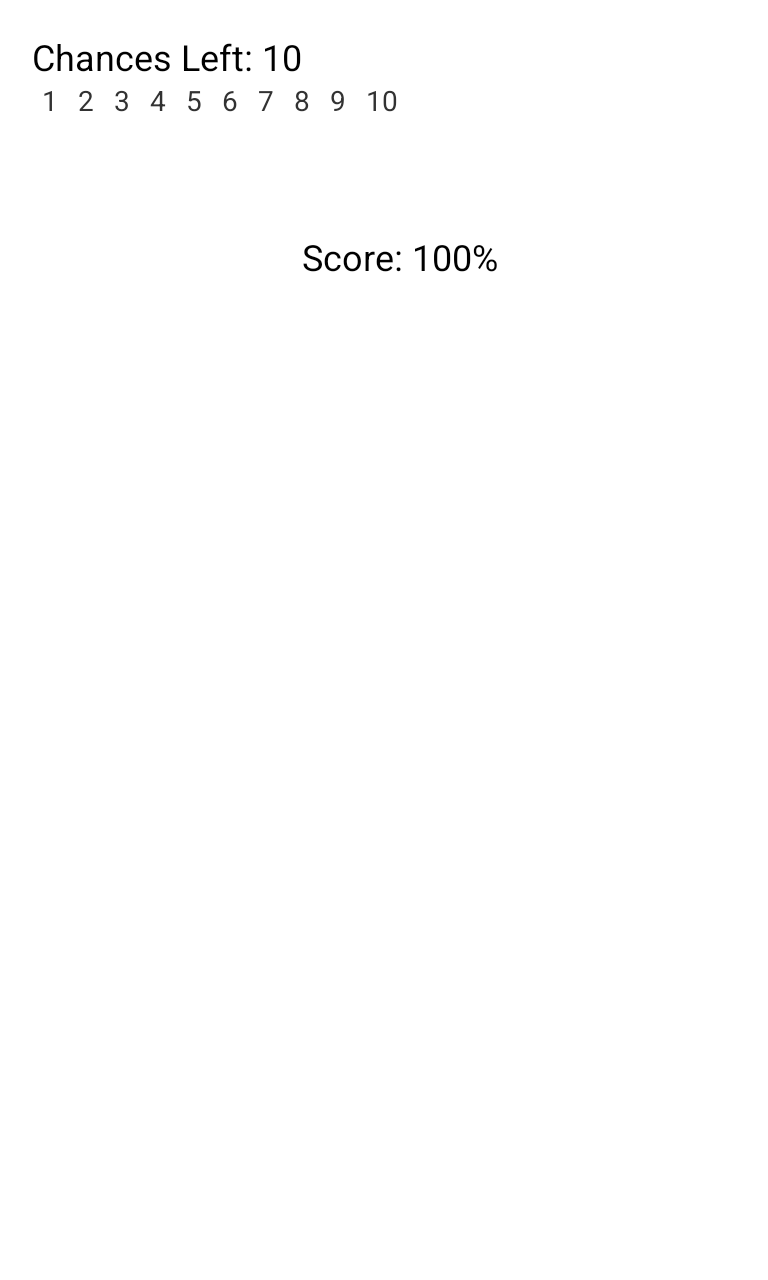
Repository: lethe13/AndroidProgramming
Layout: COMP304-Group1-MicroProject5/res/layout/activity_graphical_guessing_game.xml
The author's editor kept a copy of each file at every save. The layout is drawn from the files as they stood at one save, then again after a run of saves.
It is drawn on a 768 x 1280 px phone screen (xhdpi) without system bars, with theme AppTheme; the app's code is not run.

Above is the layout before, as saved 2015-11-16 21:09:54.

### COMP304-Group1-MicroProject5/res/layout/activity_graphical_guessing_game.xml
<RelativeLayout xmlns:android="http://schemas.android.com/apk/res/android"
    xmlns:tools="http://schemas.android.com/tools"
    android:layout_width="match_parent"
    android:layout_height="match_parent"
    android:paddingBottom="@dimen/activity_vertical_margin"
    android:paddingLeft="@dimen/activity_horizontal_margin"
    android:paddingRight="@dimen/activity_horizontal_margin"
    android:paddingTop="@dimen/activity_vertical_margin"
    tools:context="com.example.comp304_group1_microproject5.GraphicalGuessingGame" >



<!--
    <TextView
        android:id="@+id/lblInput"
        android:layout_width="wrap_content"
        android:layout_height="wrap_content"
        android:layout_marginTop="10dp"
        android:layout_below="@+id/lblChance"
        android:text="Guess a number between 0 and 100!"
        android:textAppearance="?android:attr/textAppearanceMedium" />

    <EditText
        android:id="@+id/txtInput"
        android:layout_width="wrap_content"
        android:layout_height="wrap_content"
        android:layout_below="@+id/lblInput"
        android:inputType="number"
        android:ems="10" >

        <requestFocus />
    </EditText>

   <Button
        android:id="@+id/btnGo"
        android:layout_width="wrap_content"
        android:layout_height="wrap_content"
        android:layout_centerHorizontal="true"
        android:layout_below="@+id/txtInput"
        android:text="Guess" />

    <TextView
       android:id="@+id/lblMessage"
       android:layout_width="wrap_content"
       android:layout_height="wrap_content"
       android:layout_marginTop="10dp"
       android:layout_below="@+id/btnGo"
       android:text="" />

 -->

	<TextView
        android:id="@+id/lblChance"
        android:layout_width="wrap_content"
        android:layout_height="wrap_content"
        android:text="Chances Left: 10"
        android:textAppearance="?android:attr/textAppearanceMedium" />

	<TextView
        android:id="@+id/lblScore"
        android:layout_width="wrap_content"
        android:layout_height="wrap_content"
        android:layout_marginTop="100dp"
        android:layout_toRightOf="@+id/lblChance"
        android:text="Score: 100%"
        android:textAppearance="?android:attr/textAppearanceMedium" />

    <TableLayout
        android:id="@+id/tblGame"
        android:layout_width="wrap_content"
        android:layout_height="wrap_content"
        android:layout_centerVertical="true"
        android:layout_below="@+id/lblChance" >



        <TableRow
            android:id="@+id/tableRow1"
            android:layout_width="wrap_content"
            android:layout_height="wrap_content" >

            <TextView android:id="@+id/tv1"
		       android:layout_width="wrap_content"
		       android:layout_height="wrap_content"
		       android:paddingLeft="5dp"
		       android:paddingRight="5dp"
		       android:text="1" />

            <TextView android:id="@+id/tv2"
		       android:layout_width="wrap_content"
		       android:layout_height="wrap_content"
		       android:paddingLeft="5dp"
		       android:paddingRight="5dp"
		       android:text="2" />

            <TextView android:id="@+id/tv3"
		       android:layout_width="wrap_content"
		       android:layout_height="wrap_content"
		       android:paddingLeft="5dp"
		       android:paddingRight="5dp"
		       android:text="3" />

            <TextView android:id="@+id/tv4"
		       android:layout_width="wrap_content"
		       android:layout_height="wrap_content"
		       android:paddingLeft="5dp"
		       android:paddingRight="5dp"
		       android:text="4" />

            <TextView android:id="@+id/tv5"
		       android:layout_width="wrap_content"
		       android:layout_height="wrap_content"
		       android:paddingLeft="5dp"
		       android:paddingRight="5dp"
		       android:text="5" />

            <TextView android:id="@+id/tv6"
		       android:layout_width="wrap_content"
		       android:layout_height="wrap_content"
		       android:paddingLeft="5dp"
		       android:paddingRight="5dp"
		       android:text="6" />

            <TextView android:id="@+id/tv7"
		       android:layout_width="wrap_content"
		       android:layout_height="wrap_content"
		       android:paddingLeft="5dp"
		       android:paddingRight="5dp"
		       android:text="7" />

            <TextView android:id="@+id/tv8"
		       android:layout_width="wrap_content"
		       android:layout_height="wrap_content"
		       android:paddingLeft="5dp"
		       android:paddingRight="5dp"
		       android:text="8" />

            <TextView android:id="@+id/tv9"
		       android:layout_width="wrap_content"
		       android:layout_height="wrap_content"
		       android:paddingLeft="5dp"
		       android:paddingRight="5dp"
		       android:text="9" />

            <TextView android:id="@+id/tv10"
		       android:layout_width="wrap_content"
		       android:layout_height="wrap_content"
		       android:paddingLeft="5dp"
		       android:paddingRight="5dp"
		       android:text="10" />
        </TableRow>

    </TableLayout>

    <LinearLayout
        android:id="@+id/drawarea"
        android:layout_width="wrap_content"
        android:layout_height="wrap_content"
        android:layout_alignParentRight="true"
        android:orientation="vertical" >


    </LinearLayout>

</RelativeLayout>

Loaded but not shown: COMP304-Group1-MicroProject5/res/values/styles.xml (common file); COMP304-Group1-MicroProject5/res/values-v11/styles.xml (common file); COMP304-Group1-MicroProject5/res/values-v14/styles.xml (common file); COMP304-Group1-MicroProject5/res/values/dimens.xml (common file); COMP304-Group1-MicroProject5/res/values-w820dp/dimens.xml (common file)

After the next 2 saves:
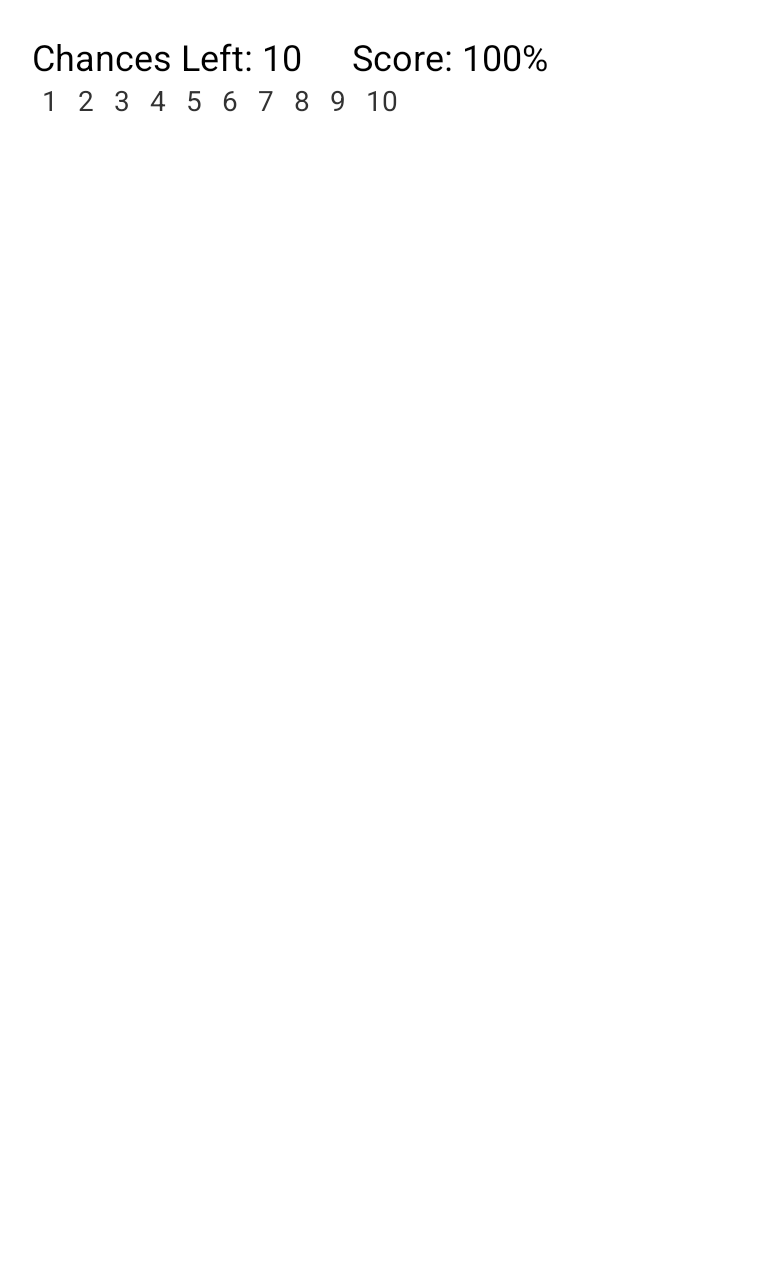
The 2 saves are shown as one change because they came seconds apart.
The last was saved 13 s later.
--- a/COMP304-Group1-MicroProject5/res/layout/activity_graphical_guessing_game.xml
+++ b/COMP304-Group1-MicroProject5/res/layout/activity_graphical_guessing_game.xml
@@ -60,7 +60,7 @@
         android:id="@+id/lblScore"
         android:layout_width="wrap_content"
         android:layout_height="wrap_content"
-        android:layout_marginTop="100dp"
+        android:layout_marginLeft="25dp"
         android:layout_toRightOf="@+id/lblChance"
         android:text="Score: 100%"
         android:textAppearance="?android:attr/textAppearanceMedium" />
